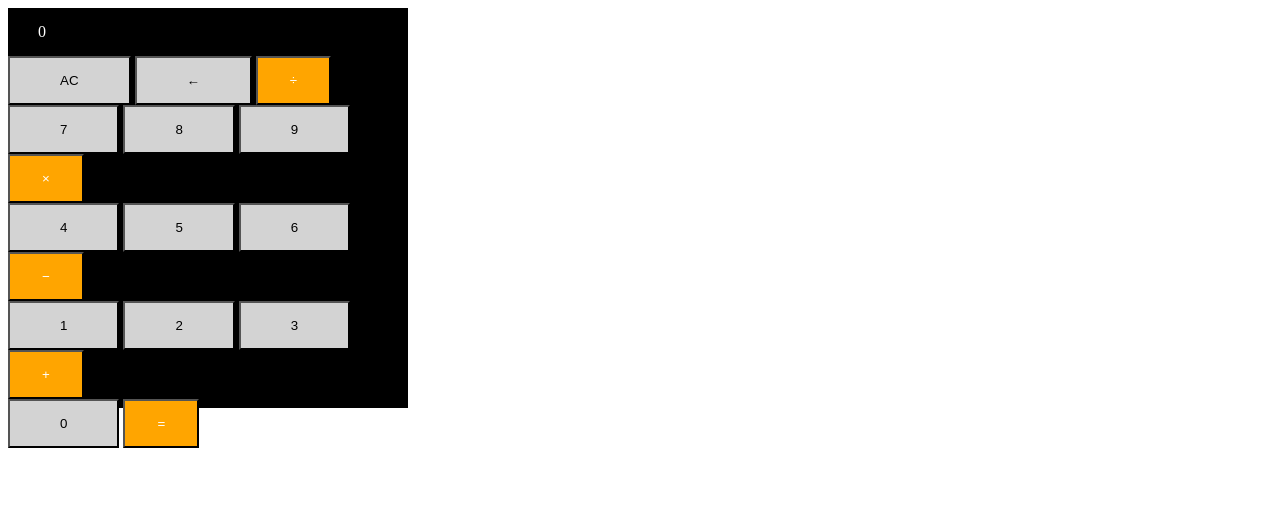
Repository: KaylaDamons/LAB-calculator
Page: index.html
An editor plug-in stored every save of this project. The page is shown before and after the next save, followed by the edit.
The browser window is 1280 px wide. The pictures show the whole page.

Above is the page before, as saved 2024-01-13 19:33:32.

After the next save:
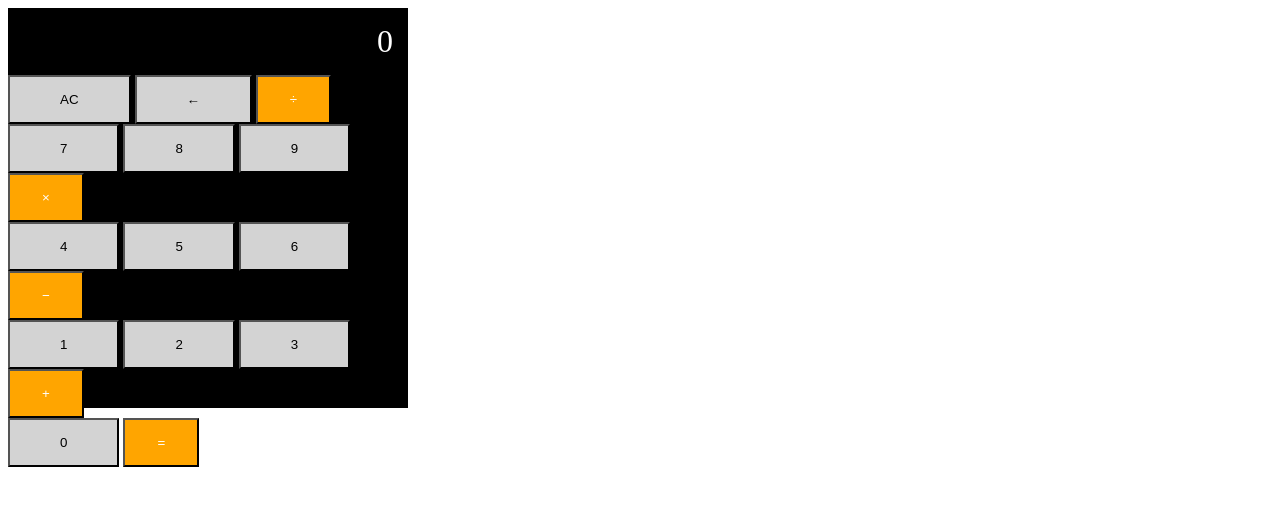
Saved 106 s later.
--- a/main.css
+++ b/main.css
@@ -12,9 +12,11 @@
 
 .sumbar {
  background-color:black;
+ text-align: right;
  color:white;
  padding-inline-start: 0%;
- padding:15px 30px;
+ padding:15px;
+ font-size: 32px;
 }
 
 .symbol {
